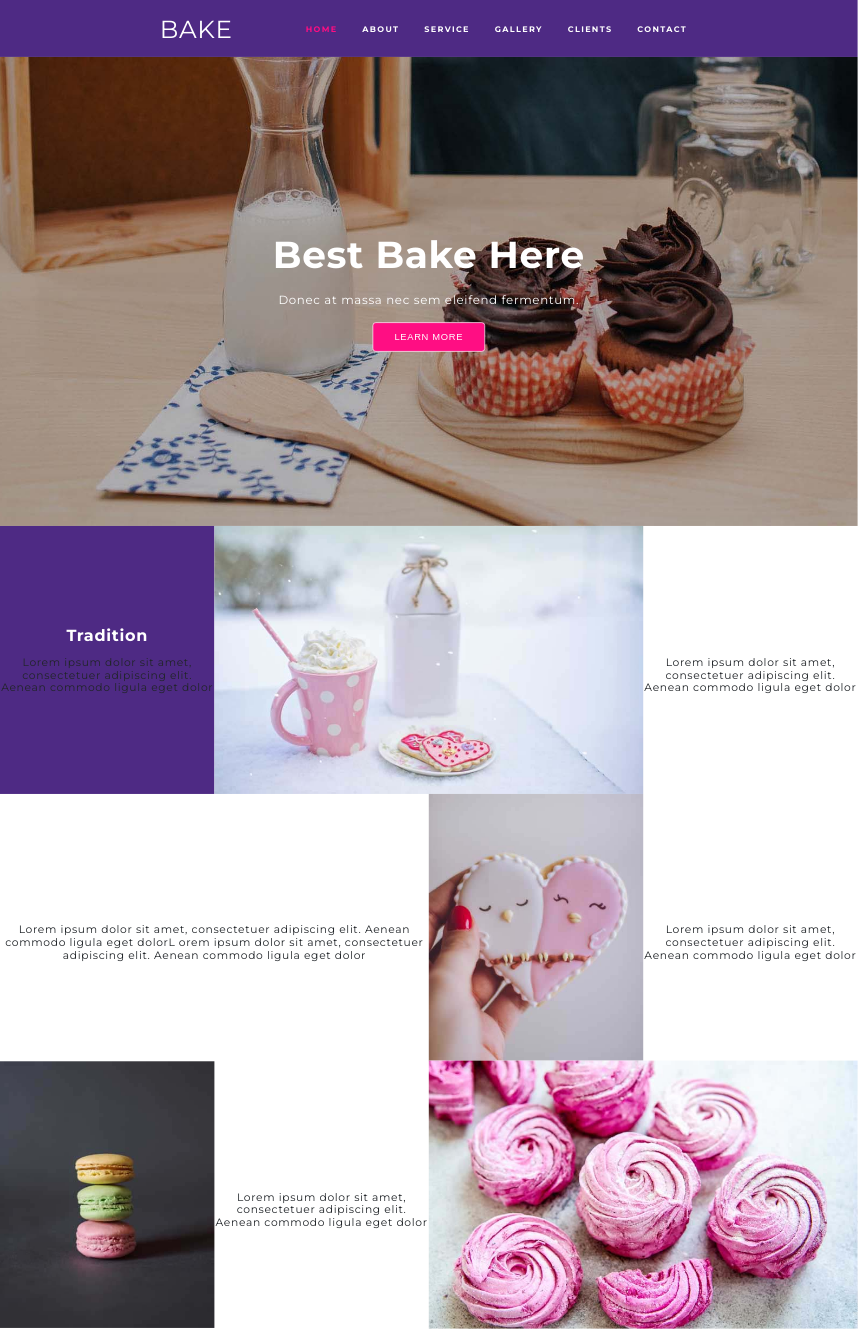
Repository: ducdatit2002/bake-cake
Page: index.html
The author's editor kept a copy of each file at every save. The page is drawn from the files as they stood at one save, then again after the next save.
The browser window is 1280 px wide. The pictures show the whole page, at 67% of full size.

Above is the page before, as saved 2023-07-13 12:33:59.

After the next save:
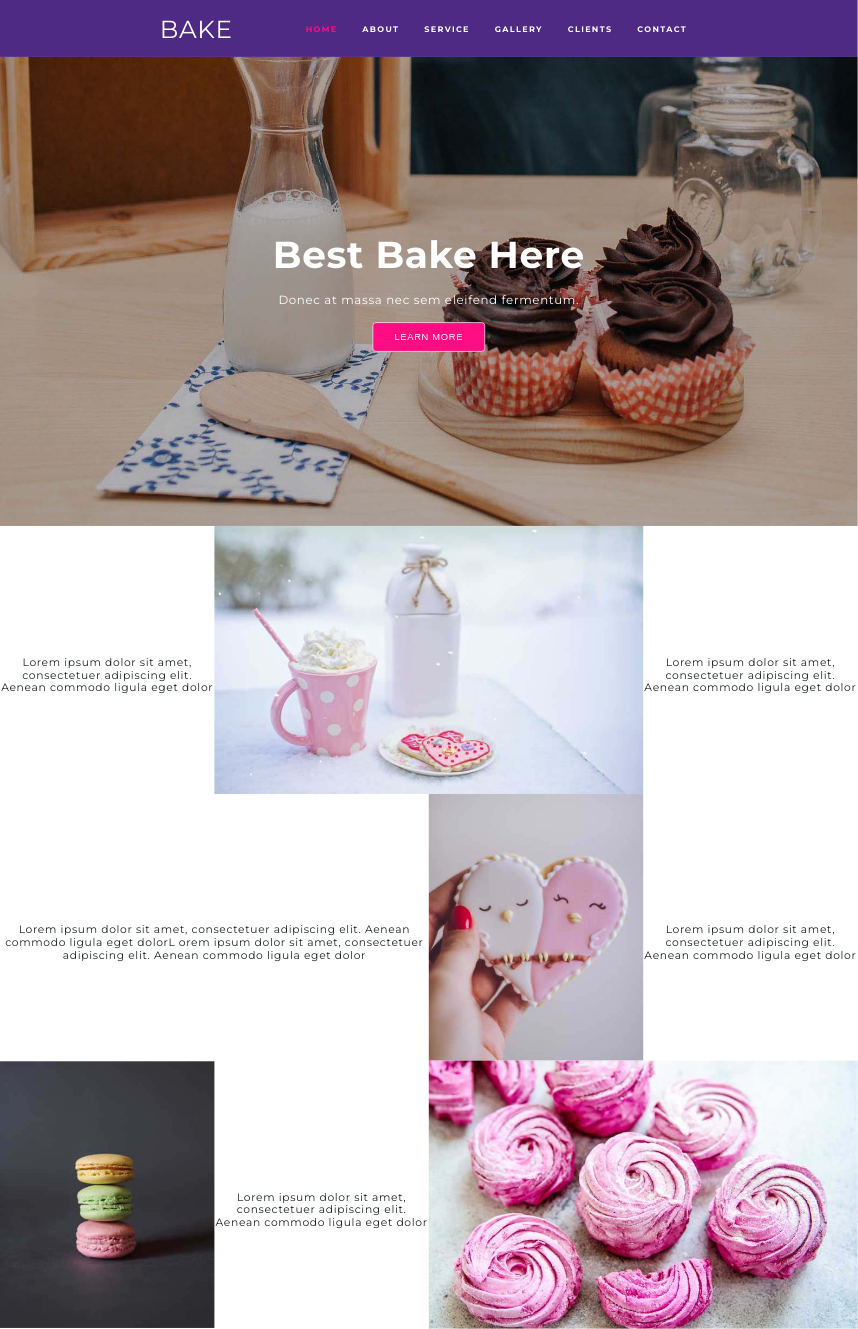
Saved 9 s later.
--- a/index.css
+++ b/index.css
@@ -132,7 +132,7 @@
     font-weight: 700;
     margin-bottom: 1rem;
 }
-
+.intro__item
 .intro .intro__item:first-child {
     background-color: #4e2a84;
 

After the save that followed:
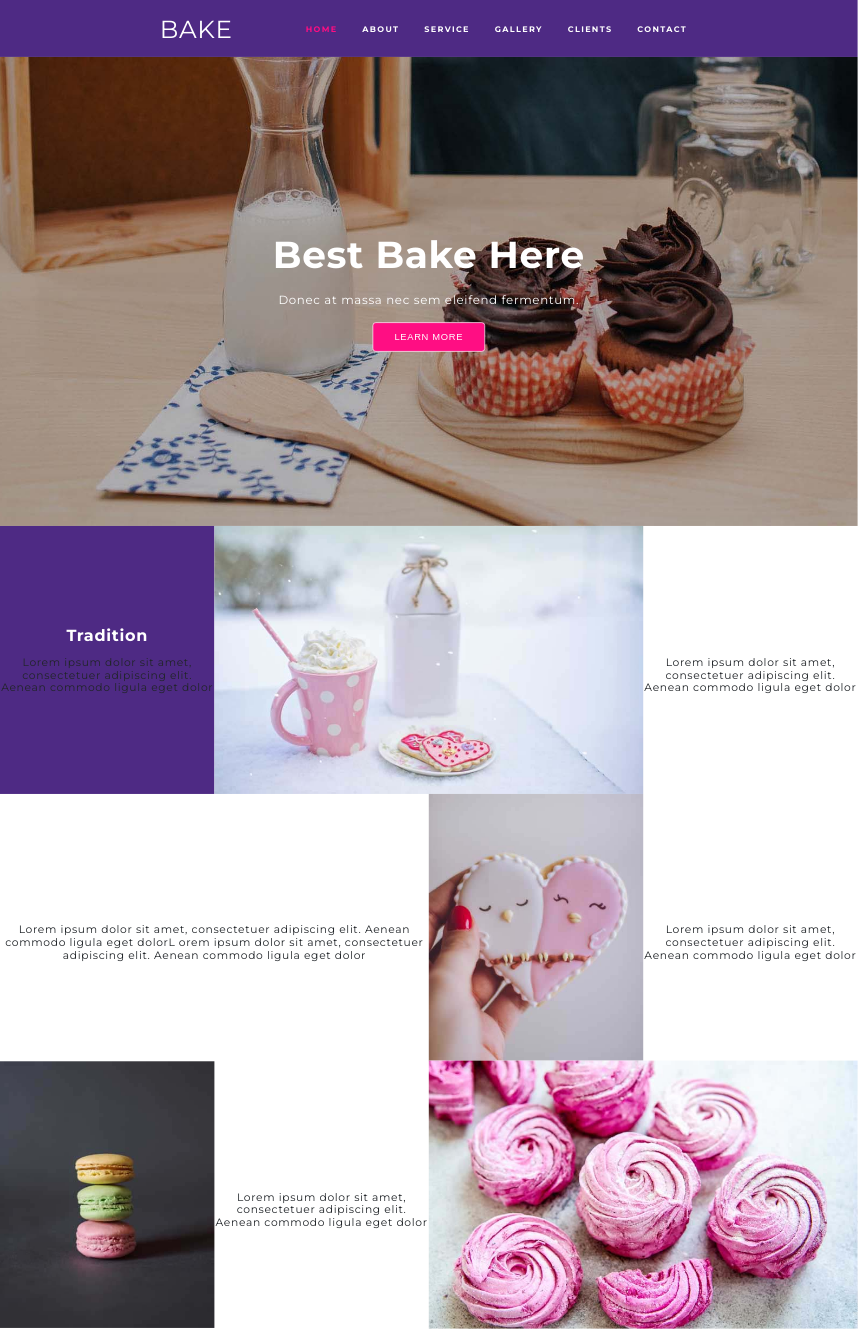
Saved 5 s later.
--- a/index.css
+++ b/index.css
@@ -132,7 +132,9 @@
     font-weight: 700;
     margin-bottom: 1rem;
 }
-.intro__item
+.intro__item p {
+    font
+}
 .intro .intro__item:first-child {
     background-color: #4e2a84;
 
